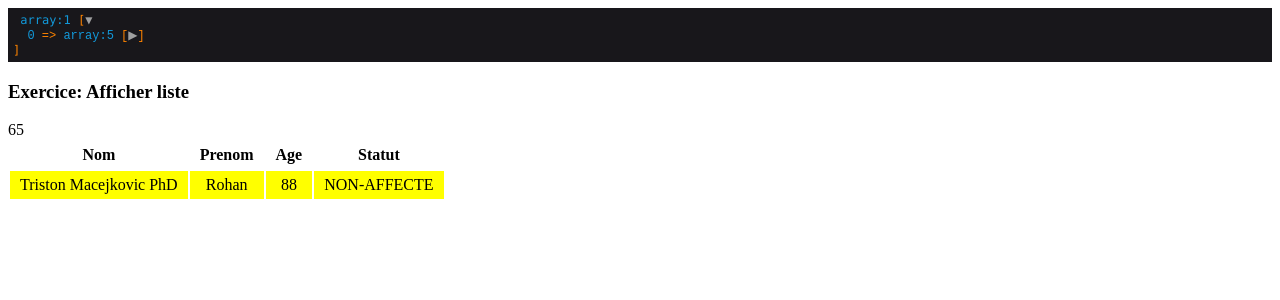
Repository: Bfabien99/PHPREPO
Page: http://localhost/
These files come from the project's save history. The page is drawn as it stood at one moment and after a run of saves; the edit follows.
The browser window is 1280 px wide. The pictures show the whole page.
The page is run by PHP 8.4 with error messages shown; the project is at /var/www/html/.

Above is the page before, as saved 2021-12-10 11:13:09.

### MakeFakeData/src/index.php
<?php
require_once '../vendor/autoload.php';


$faker = Faker\Factory::create();
$i = 0;
$list = [];

while($i <= 20) {

	$person = [];
	$person["nom"] = $faker->name;
	$person["prenom"] = $faker->lastName;
	$person["age"] = $faker->numberBetween($min=1,$max=99);
	$notes = [];
	$i = 0;
	$max = $faker->numberBetween($min=1,$max=10);
	while($i < $max) {
		$notes[] = $faker->numberBetween($min=1,$max=20);
		$i++;
	}
	$person["notes"] = $notes;
	$person["statut"] = $faker->randomElement(["AFFECTE","NON-AFFECTE"]);
	$list[] = $person;
	$i++;
}
dump($list);
?>
<!DOCTYPE html>
<html lang="en">
<head>
    <meta charset="UTF-8">
    <meta http-equiv="X-UA-Compatible" content="IE=edge">
    <meta name="viewport" content="width=device-width, initial-scale=1.0">
    <title>Document</title>
    <style>
        thead{
            font-weight:bold;
        }

        td{
            padding:5px 10px;
            text-align:center;
        }

        tr.red{
            background-color:red;
        }
        tr.green{
            background-color: green;
        }
        tr.yellow{
            background-color:yellow;
        }
    </style>
</head>
<body>
    <?php
        echo "<h3>Exercice: Afficher liste</h3>";
        $id;
        // $i=0;
        echo"<table><thead><tr><td>Nom</td><td>Prenom</td><td>Age</td><td>Statut</td></tr></thead>";
        echo"<tbody>";
		define("PI",3.14);
		echo __LINE__;
        foreach ($list as $value) {
            // if($value["statut"]!="NON-AFFECTE"){
            // echo"<tr>";
            // echo "<td>".$value["nom"]."</td>";
            // echo "<td>".$value["prenom"]."</td>";
            // echo "<td>".$value["age"]."</td>";
            // echo "<td>".$value["statut"]."</td>";
            // echo"</tr>";
            // }

			$age = $value["age"];
            switch ($age) {
                case $age > 0 && $age < 18 :
                    echo '<tr class="red"><td>'.$value["nom"].'</td>
                    <td>'.$value["prenom"].'</td>
                    <td>'.$value["age"].'</td>
                    <td>'.$value["statut"].'</td>
                    </tr>';
					break;
                case ($age > 18 && $age < 25):
                    echo '<tr class="green"><td>'.$value["nom"].'</td>
                    <td>'.$value["prenom"].'</td>
                    <td>'.$value["age"].'</td>
                    <td>'.$value["statut"].'</td>
                    </tr>';
                    break;
                case $value["age"] > 25:
                    echo '<tr class="yellow"><td>'.$value["nom"].'</td>
                    <td>'.$value["prenom"].'</td>
                    <td>'.$value["age"].'</td>
                    <td>'.$value["statut"].'</td>
                    </tr>';
                    # code...
                    break;

                default:
                    # code...
                    break;
            }
            # code...
        }


        echo"</tbody></table>";
    ?>
</body>
</html>

After the next 2 saves:
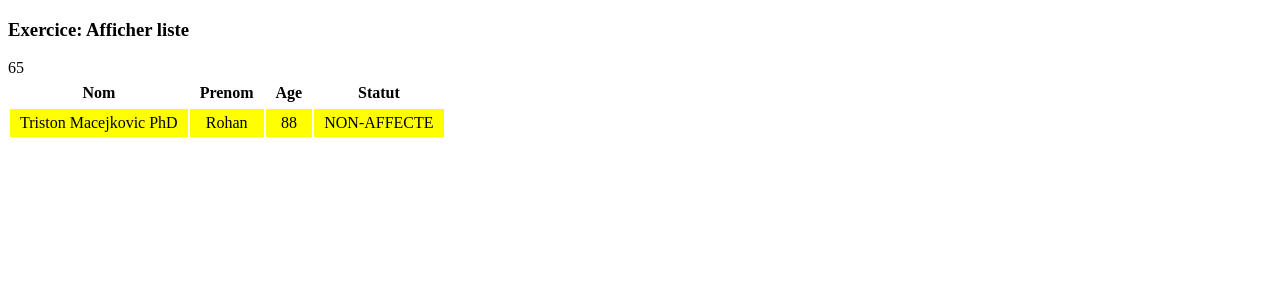
The 2 saves are shown as one change because they came seconds apart.
The last was saved 28 s later.
--- a/MakeFakeData/src/index.php
+++ b/MakeFakeData/src/index.php
@@ -24,7 +24,7 @@
 	$list[] = $person;
 	$i++;
 }
-dump($list);
+// dump($list)
 ?>
 <!DOCTYPE html>
 <html lang="en">

After the save that followed:
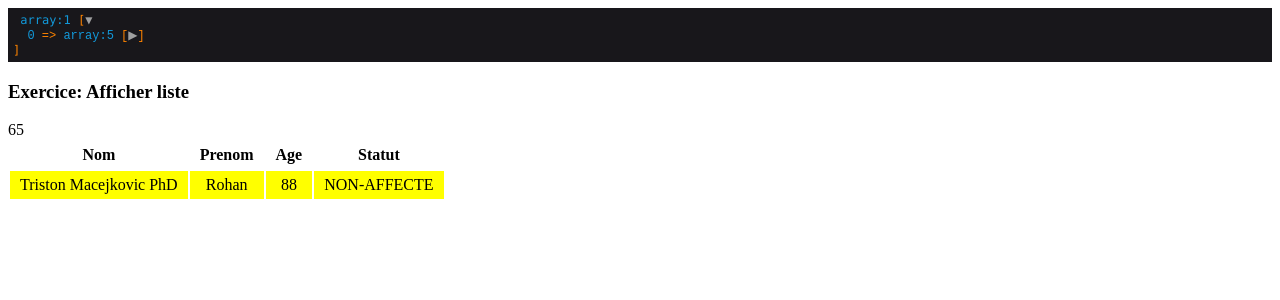
Saved 5 s later.
--- a/MakeFakeData/src/index.php
+++ b/MakeFakeData/src/index.php
@@ -24,7 +24,7 @@
 	$list[] = $person;
 	$i++;
 }
-// dump($list)
+dump($list);
 ?>
 <!DOCTYPE html>
 <html lang="en">
